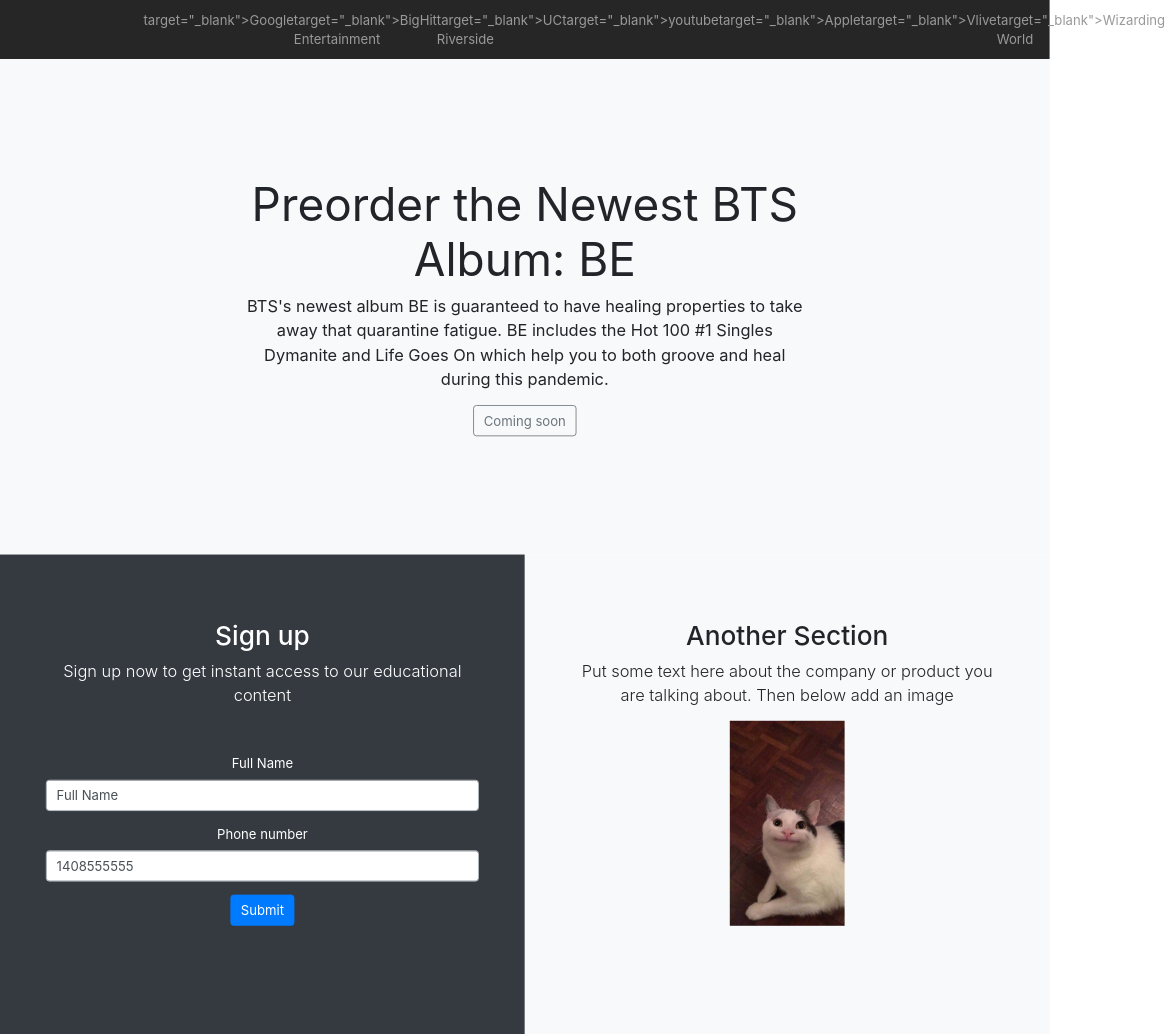
Repository: Hailee005/HaileeMadrigal-Resume
Page: LearnCS8-Twilio/index.html
The author's editor kept a record of every edit. The page is drawn from the files as they stood at one moment, then again after the next edit.
The browser window is 1280 px wide. The page is 1421 px wide, then 1280 px, so the pictures cover 1421 px, including what lies to the right of the window. The pictures show the whole page, at 82% of full size.

Above is the page before.

After the next edit:
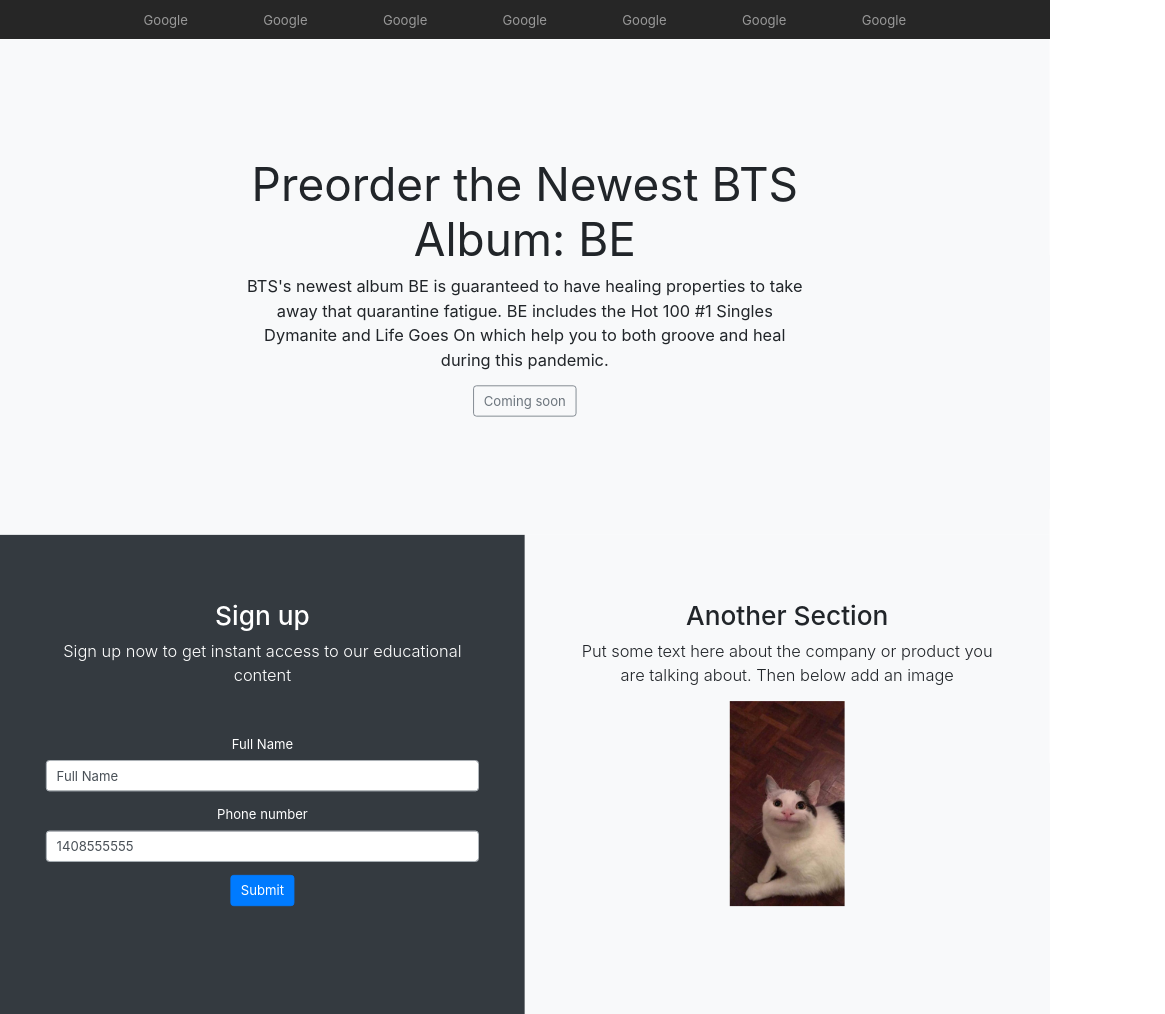
The edit:
--- a/LearnCS8-Twilio/index.html
+++ b/LearnCS8-Twilio/index.html
@@ -18,13 +18,13 @@
     <nav class="site-header sticky-top py-1">
     <!-- Top Menu Bar -->
     <div class="container d-flex flex-column flex-md-row justify-content-between">
-        <a class="py-2 d-none d-md-inline-block" id="menu-item-1" href="https://google.com"> target="_blank">Google</a>
-        <a class="py-2 d-none d-md-inline-block" id="menu-item-2" href="https://ibighit.com/"> target="_blank">BigHit Entertainment</a>
-        <a class="py-2 d-none d-md-inline-block" id="menu-item-3" href="https://www.ucr.edu/"> target="_blank">UC Riverside</a>
-        <a class="py-2 d-none d-md-inline-block" id="menu-item-4" href="https://www.youtube.com/"> target="_blank">youtube</a>
-        <a class="py-2 d-none d-md-inline-block" id="menu-item-5" href="https://www.apple.com/"> target="_blank">Apple</a>
-        <a class="py-2 d-none d-md-inline-block" id="menu-item-6" href="https://www.vlive.tv/channel/FE619"> target="_blank">Vlive</a>
-        <a class="py-2 d-none d-md-inline-block" id="menu-item-7" href="https://www.wizardingworld.com/"> target="_blank">Wizarding World</a>
+        <a class="py-2 d-none d-md-inline-block" id="menu-item-1" href="https://google.com" target="_blank">Google</a>
+        <a class="py-2 d-none d-md-inline-block" id="menu-item-1" href="https://google.com" target="_blank">Google</a>
+        <a class="py-2 d-none d-md-inline-block" id="menu-item-1" href="https://google.com" target="_blank">Google</a>
+        <a class="py-2 d-none d-md-inline-block" id="menu-item-1" href="https://google.com" target="_blank">Google</a>
+        <a class="py-2 d-none d-md-inline-block" id="menu-item-1" href="https://google.com" target="_blank">Google</a>
+        <a class="py-2 d-none d-md-inline-block" id="menu-item-1" href="https://google.com" target="_blank">Google</a>
+        <a class="py-2 d-none d-md-inline-block" id="menu-item-1" href="https://google.com" target="_blank">Google</a>
     </div>
 </nav>
 <!-- Main Header Section h1-->
